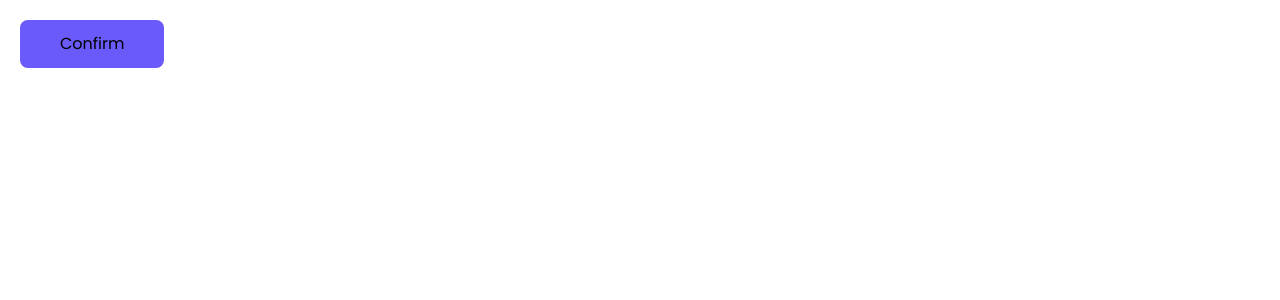
Repository: quangbeuu/Tailwind_learn
Page: Tailwind/index.html
The author's editor kept a copy of each file at every save. The page is drawn from the files as they stood at one save, then again after the next save.
The browser window is 1280 px wide. The pictures show the whole page.

Above is the page before, as saved 2022-01-25 08:57:25.

After the next save:
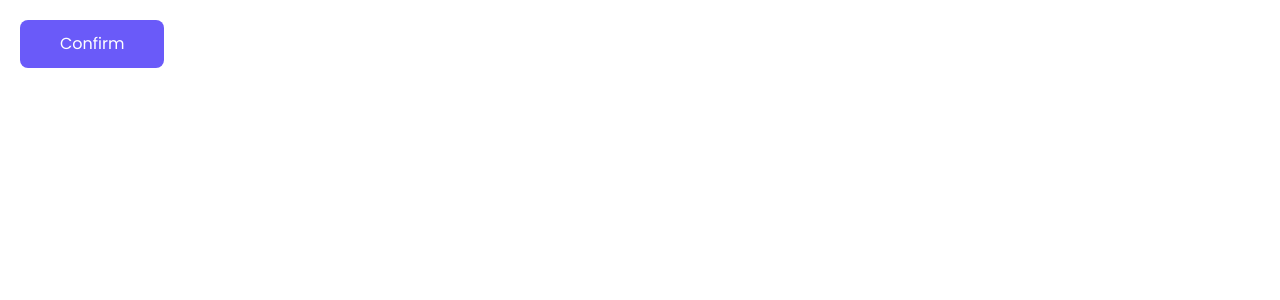
Saved 88 s later.
--- a/Tailwind/index.html
+++ b/Tailwind/index.html
@@ -44,6 +44,6 @@
         </div>
     </div> -->
     <!-- VD2: -->
-    <button class="inline-block py-3 px-10 m-5 text-whine bg-[#6A5AF9] rounded-lg">Confirm</button>
+    <button class="inline-block py-3 px-10 m-5 text-white bg-[#6A5AF9] rounded-lg">Confirm</button>
 </body>
 </html>

After the save that followed:
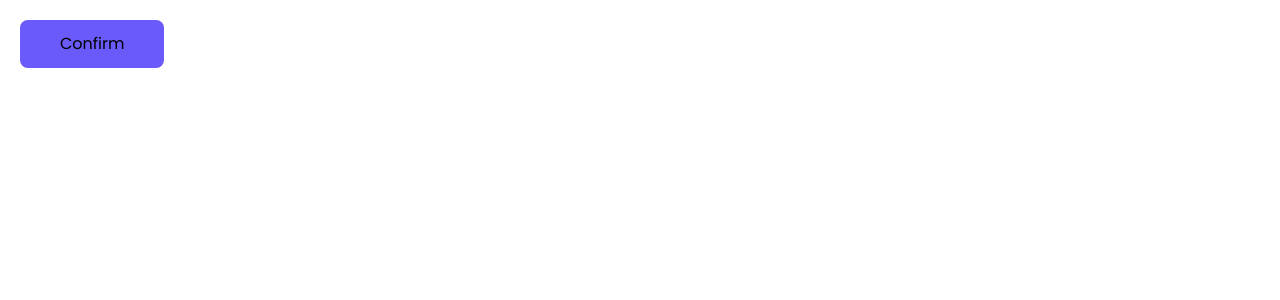
Saved 89 s later.
--- a/Tailwind/index.html
+++ b/Tailwind/index.html
@@ -44,6 +44,6 @@
         </div>
     </div> -->
     <!-- VD2: -->
-    <button class="inline-block py-3 px-10 m-5 text-white bg-[#6A5AF9] rounded-lg">Confirm</button>
+    <button class="inline-block py-3 px-10 m-5 text-red-50 bg-[#6A5AF9] rounded-lg">Confirm</button>
 </body>
 </html>
